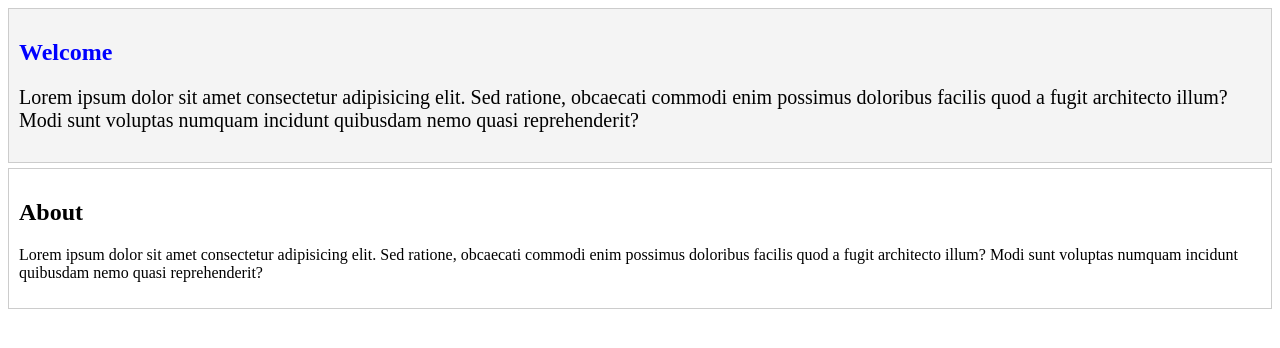
Repository: andiausrust/css-traversy
Page: css-basics/01_basic.html
The author's editor kept a copy of each file at every save. The page is drawn from the files as they stood at one save, then again after the next save.
The browser window is 1280 px wide. The pictures show the whole page.

Above is the page before, as saved 2020-08-19 10:13:46.

After the next save:
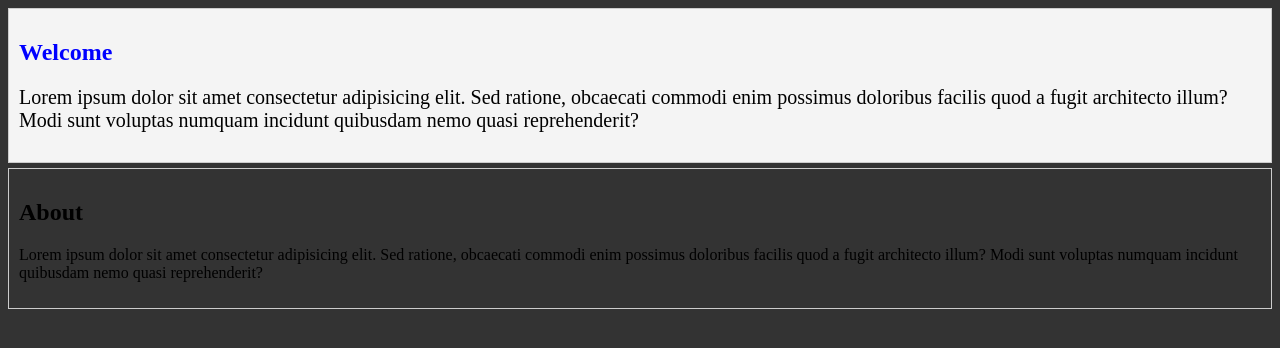
Saved 35 s later.
--- a/css-basics/css/style.css
+++ b/css-basics/css/style.css
@@ -19,3 +19,8 @@ h2#primary-heading {
 #welcome p {
     font-size: 20px;
 }
+
+/* body styling */
+body {
+    background-color: #333;
+}
